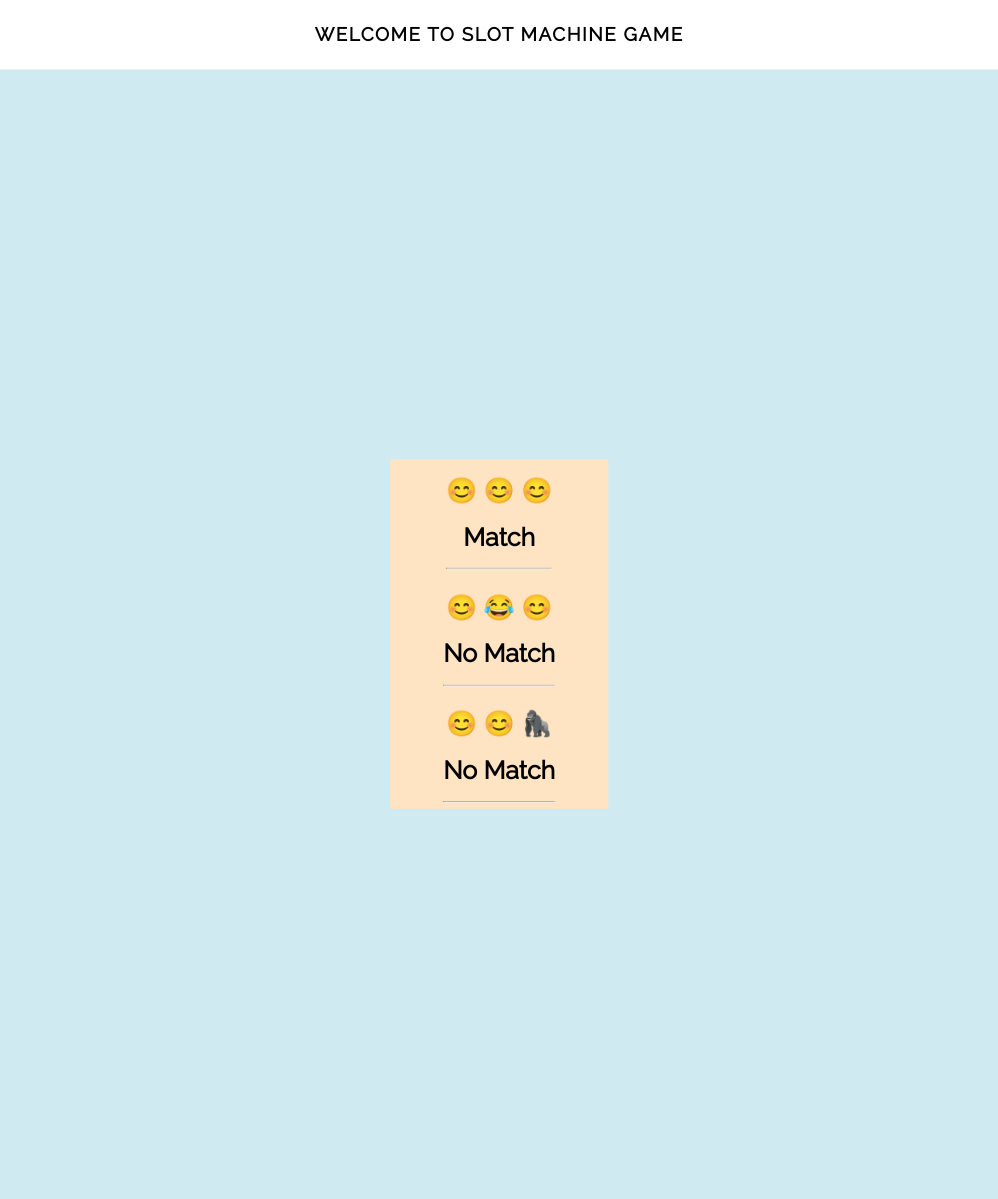
Repository: duggallakshya/slotMachineReact
Page: /
An editor plug-in stored every save of this project. The page is shown before and after the next save, followed by the edit.
The browser window is 1280 px wide. The pictures show the whole page, at 78% of full size.
The project was rebuilt for these pictures with package versions that can differ from the ones it lists, and the page was loaded fresh each time.

Above is the page before, as saved 2022-03-23 00:37:42.

After the next save:
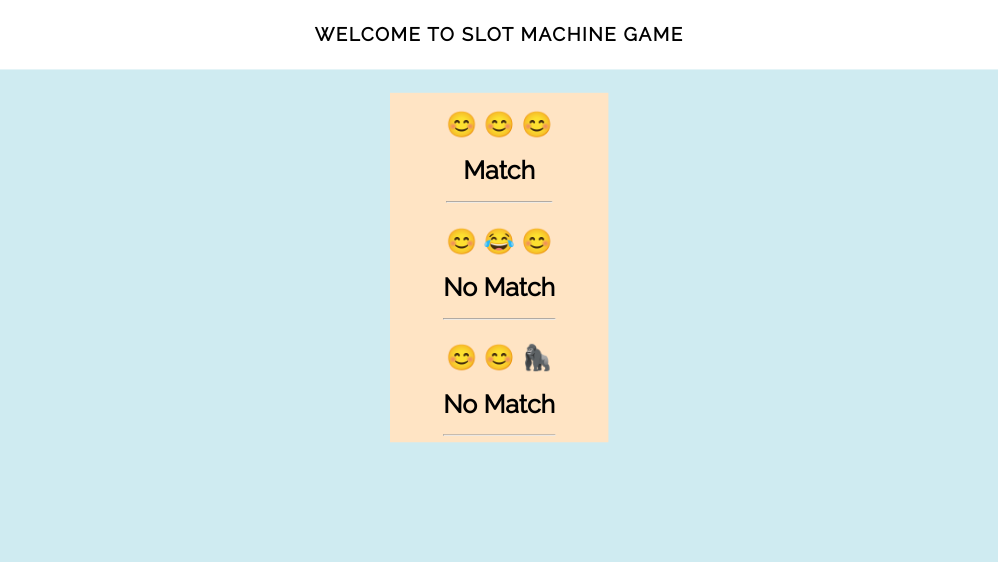
Saved 11 s later.
--- a/src/index.css
+++ b/src/index.css
@@ -33,7 +33,7 @@ body{
   align-items: center;
   background-color: bisque;
   /* padding: 0px 30px;*/
-  margin: 500px;
+  margin: 0px 500px;
   position: relative;
 
 }
